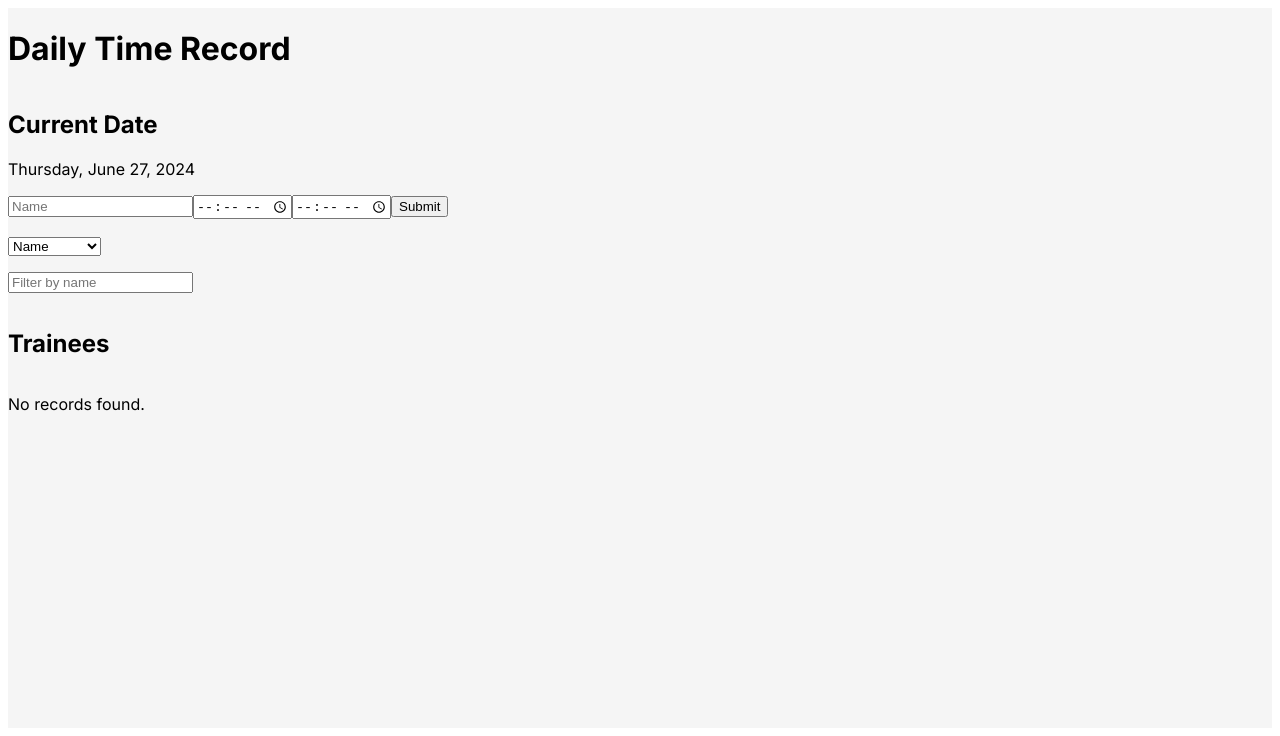
Repository: EeeeeEyyyy/daily_time_record
Page: /
These files come from the project's save history. The page is drawn as it stood at one moment and after the next save; the edit follows.
The browser window is 1280 px wide. The pictures show the whole page.
The project was rebuilt for these pictures with package versions that can differ from the ones it lists, and the page was loaded fresh each time. The framework's server and built-in components were replaced by stand-ins that run in the browser. Also part of the build but not shown: next.config.mjs, src/app/globals.css.

Above is the page before, as saved 2024-06-27 14:44:20.

### src/app/layout.js
import { Inter } from "next/font/google";
import "./globals.css";

const inter = Inter({ subsets: ["latin"] });

export const metadata = {
  title: "Daily Time Record",
  description: "Generated by create next app",
};

export default function RootLayout({ children }) {
  return (
    <html lang="en">
      <body className={inter.className}>{children}</body>
    </html>
  );
}

### src/app/page.js
"use client";
import React, { useEffect, useState } from 'react';
import styles from './page.module.css';
const DailyTimeRecord = () => {
  const [data, setData] = useState([]);
  const [name, setName] = useState('');
  const [arrivalTime, setArrivalTime] = useState('');
  const [timeOut, setTimeOut] = useState('');
  const [date, setDate] = useState('');
  const [errors, setErrors] = useState({ name: '', arrivalTime: '', timeOut: '' });
  const [filter, setFilter] = useState('');
  const [filterType, setFilterType] = useState('name');
  const [editIndex, setEditIndex] = useState(null);
  useEffect(() => {
    const storedData = JSON.parse(localStorage.getItem('user')) || [];
    setData(storedData);
    setDate(getCurrentDate());
  }, []);
  const getCurrentDate = () => {
    const now = new Date();
    return now.toLocaleDateString('en-US', {
      weekday: 'long',
      year: 'numeric',
      month: 'long',
      day: 'numeric'
    });
  };
  const formatTimeForInput = (time) => {
    const date = new Date();
    const [hours, minutes] = time.split(':');
    date.setHours(hours);
    date.setMinutes(minutes);
    return date.toTimeString().slice(0, 5);
  };
  const handleChangeName = (value) => {
    setName(value);
  };
  const handleChangeArrivalTime = (value) => {
    setArrivalTime(value);
  };
  const handleChangeTimeOut = (value) => {
    setTimeOut(value);
  };
  const handleSubmit = () => {
    const newErrors = {
      name: name ? '' : 'Name is required',
      arrivalTime: arrivalTime ? '' : 'Arrival time is required',
      timeOut: timeOut ? '' : 'Time out is required'
    };
    if (newErrors.name || newErrors.arrivalTime || newErrors.timeOut) {
      setErrors(newErrors);
      return;
    }
    const payload = {
      name,
      date,
      arrivalTime: formatTimeForInput(arrivalTime),
      timeOut: formatTimeForInput(timeOut)
    };
    if (editIndex !== null) {
      const updatedData = data.map((item, index) =>
        index === editIndex ? payload : item
      );
      setData(updatedData);
      localStorage.setItem('user', JSON.stringify(updatedData));
      setEditIndex(null);
    } else {
      const updatedData = [...data, payload];
      setData(updatedData);
      localStorage.setItem('user', JSON.stringify(updatedData));
    }
    setName('');
    setArrivalTime('');
    setTimeOut('');
    setErrors({ name: '', arrivalTime: '', timeOut: '' });
  };
  const handleDelete = (index) => {
    const updatedData = data.filter((_, i) => i !== index);
    setData(updatedData);
    localStorage.setItem('user', JSON.stringify(updatedData));
  };
  const handleEdit = (index) => {
    const record = data[index];
    setName(record.name);
    setArrivalTime(record.arrivalTime);
    setTimeOut(record.timeOut);
    setEditIndex(index);
  };
  const handleFilterChange = (e) => {
    setFilter(e.target.value);
  };
  const handleFilterTypeChange = (e) => {
    setFilterType(e.target.value);
  };
  const filteredData = data.filter((item) => {
    const searchTerm = filter.toLowerCase();
    if (filterType === 'name') {
      return item.name.toLowerCase().includes(searchTerm);
    } else if (filterType === 'date') {
      return item.date.toLowerCase().includes(searchTerm);
    } else if (filterType === 'arrivalTime') {
      return item.arrivalTime.toLowerCase().includes(searchTerm);
    } else if (filterType === 'timeOut') {
      return item.timeOut.toLowerCase().includes(searchTerm);
    }
    return false;
  });
  return (
    <div className={styles.main}>
              <h1>Daily Time Record</h1>
      <div>
        <h2>Current Date</h2>
        <p>{date}</p>
      </div>
<div>
        <input
        type="text"
        placeholder="Name"
        value={name}
        onChange={(e) => handleChangeName(e.target.value)}
      />
      {errors.name && <p style={{ color: 'red' }}>{errors.name}</p>}
      <input
        type="time"
        placeholder="Time of Arrival"
        value={arrivalTime}
        onChange={(e) => handleChangeArrivalTime(e.target.value)}
      />
      {errors.arrivalTime && <p style={{ color: 'red' }}>{errors.arrivalTime}</p>}
      <input
        type="time"
        placeholder="Time Out"
        value={timeOut}
        onChange={(e) => handleChangeTimeOut(e.target.value)}
      />
      {errors.timeOut && <p style={{ color: 'red' }}>{errors.timeOut}</p>}
      <button onClick={handleSubmit}>
        {editIndex !== null ? 'Update' : 'Submit'}
      </button>
      <div style={{ marginTop: '1rem' }}>
        <select value={filterType} onChange={handleFilterTypeChange}>
          <option value="name">Name</option>
          <option value="date">Date</option>
          <option value="arrivalTime">Arrival Time</option>
          <option value="timeOut">Time Out</option>
        </select>
        <input
          type="text"
          placeholder={`Filter by ${filterType}`}
          value={filter}
          onChange={handleFilterChange}
          style={{ display: 'block', marginTop: '1rem' }}
        />
      </div>
</div>
      <div className = {styles.trainees}style={{ marginTop: '1rem' }}>
        <h2>Trainees</h2>
        {filteredData.length > 0 ? (
          filteredData.map((item, index) => (
            <div key={index} style={{ marginBottom: '1rem' }}>
              <pre>
                Name: {item.name}<br />
                Date: {item.date}<br />
                Time of Arrival: {item.arrivalTime}<br />
                Time Out: {item.timeOut}
              </pre>
              <button onClick={() => handleEdit(index)}>Edit</button>
              <button onClick={() => handleDelete(index)}>Delete</button>
            </div>
          ))
        ) : (
          <p>No records found.</p>
        )}
      </div>
    </div>
  );
};
export default DailyTimeRecord;

### src/app/page.module.css
.main{
    background-color: #f5f5f5;
    height: 100vh;
    display:flex;
    flex-direction:column;
}
.trainees{
    display: flex;
    flex-direction: column;
}

After the next save:
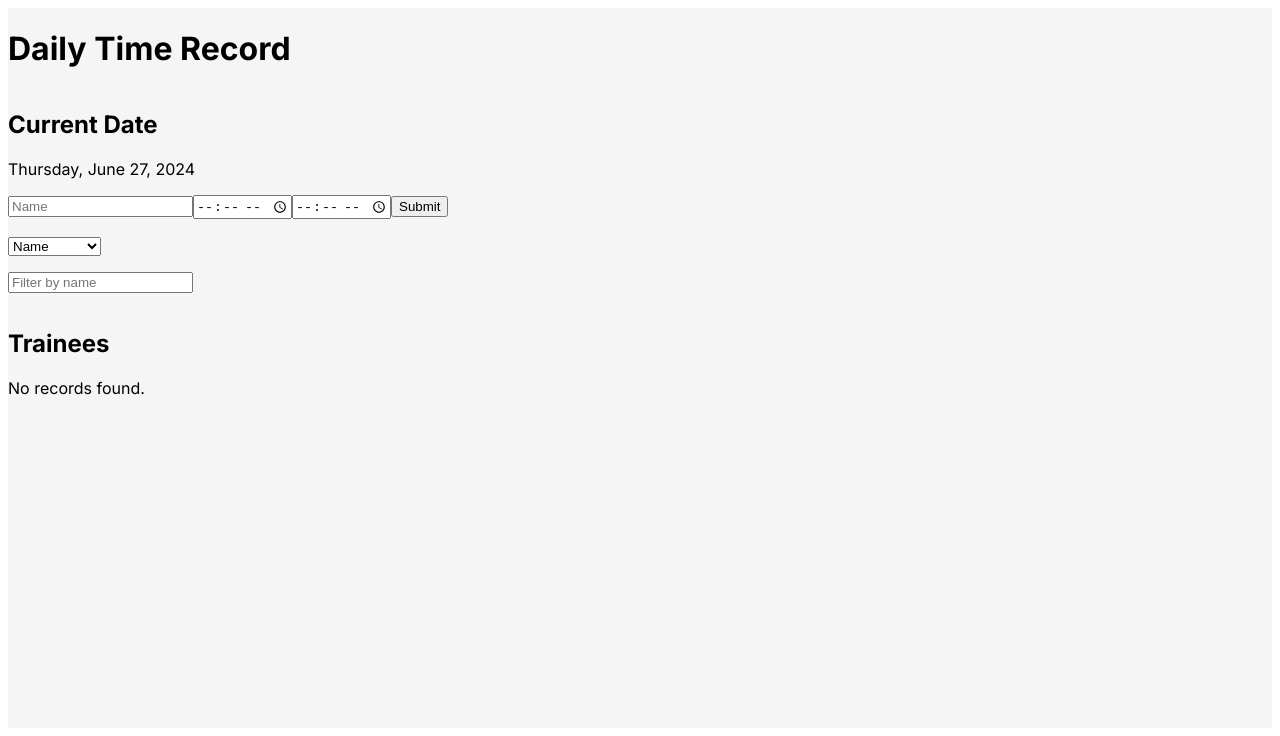
Saved 17 s later.
--- a/src/app/page.js
+++ b/src/app/page.js
@@ -153,12 +153,12 @@ const DailyTimeRecord = () => {
         />
       </div>
 </div>
-      <div className = {styles.trainees}style={{ marginTop: '1rem' }}>
+      <div style={{ marginTop: '1rem' }}>
         <h2>Trainees</h2>
         {filteredData.length > 0 ? (
           filteredData.map((item, index) => (
             <div key={index} style={{ marginBottom: '1rem' }}>
-              <pre>
+              <pre className = {styles.trainees}>
                 Name: {item.name}<br />
                 Date: {item.date}<br />
                 Time of Arrival: {item.arrivalTime}<br />
